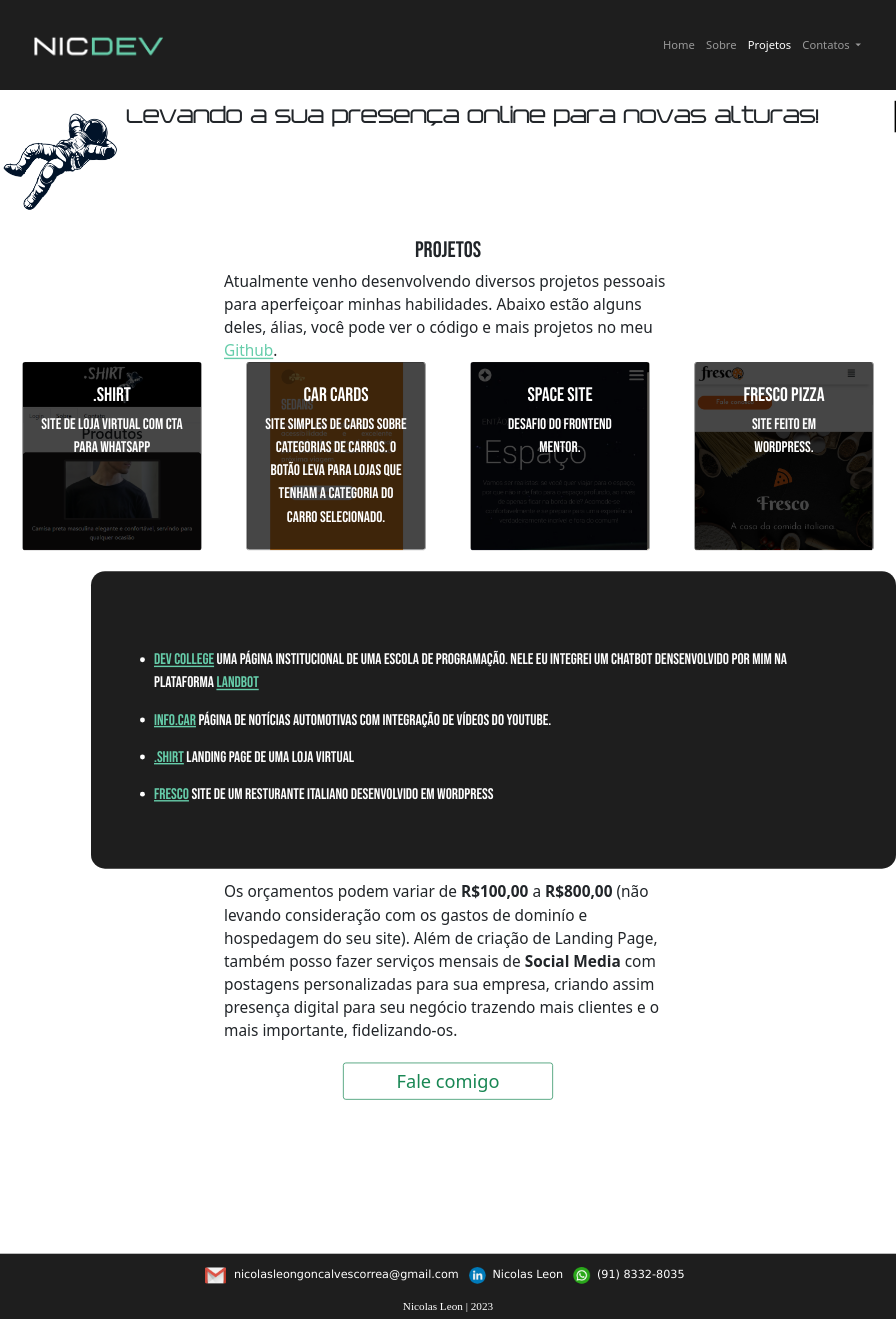
Repository: Leonngc/nicdev
Page: projects.html
These files come from the project's save history. The page is drawn as it stood at one moment and after a run of saves; the edit follows.
The browser window is 1280 px wide. The pictures show the whole page, at 70% of full size.

Above is the page before, as saved 2023-06-04 23:12:25.

### projects.html
<!DOCTYPE html>
<html lang="pt-br">
  <head>
    <meta charset="UTF-8" />
    <meta http-equiv="X-UA-Compatible" content="IE=edge" />
    <meta name="viewport" content="width=device-width, initial-scale=1.0" />
    <title>nicdev - Projetos</title>
    <!-- Google tag (gtag.js) -->
<script async src="https://www.googletagmanager.com/gtag/js?id=G-E2XWESC90Y"></script>
<script>
  window.dataLayer = window.dataLayer || [];
  function gtag(){dataLayer.push(arguments);}
  gtag('js', new Date());

  gtag('config', 'G-E2XWESC90Y');
</script>
    <link
      href="https://cdn.jsdelivr.net/npm/bootstrap@5.0.2/dist/css/bootstrap.min.css"
      rel="stylesheet"
      integrity="sha384-EVSTQN3/azprG1Anm3QDgpJLIm9Nao0Yz1ztcQTwFspd3yD65VohhpuuCOmLASjC"
      crossorigin="anonymous"
    />

    <link rel="stylesheet" href="styles/scrollbar.css" />
    <link rel="stylesheet" href="styles/footer.css" />
    <link rel="stylesheet" href="styles/projects.css"/>
    ">
  </head>
  <body>
    <header style="background-color: #1e1e1e; padding: 30px" class="fixed-top">
      <nav class="navbar navbar-expand-lg navbar-dark">
        <div class="container-fluid">
          <a class="navbar-brand" href="index.html"
            ><img
              src="images/nicdev-logo.png"
              alt="logo da NicDev"
              style="width: 200px"
          /></a>
          <button
            class="navbar-toggler"
            type="button"
            data-bs-toggle="collapse"
            data-bs-target="#navbarNavDropdown"
            aria-controls="navbarNavDropdown"
            aria-expanded="false"
            aria-label="Toggle navigation"
          >
            <span class="navbar-toggler-icon"></span>
          </button>
          <div
            class="collapse navbar-collapse justify-content-end"
            id="navbarNavDropdown"
          >
            <ul class="navbar-nav">
              <li class="nav-item">
                <a class="nav-link" href="index.html" target="_parent">Home</a>
              </li>
              <li class="nav-item">
                <a class="nav-link" href="about.html" target="_parent">Sobre</a>
              </li>
              <li class="nav-item">
                <a class="nav-link active disabled" href="#">Projetos</a>
              </li>
              <li class="nav-item dropdown">
                <a
                  class="nav-link dropdown-toggle"
                  href="#"
                  id="navbarDropdownMenuLink"
                  role="button"
                  data-bs-toggle="dropdown"
                  aria-expanded="false"
                >
                  Contatos
                </a>
                <ul
                  class="dropdown-menu"
                  aria-labelledby="navbarDropdownMenuLink"
                >
                  <li>
                    <a class="dropdown-item" href="https://wa.me/91983328035"
                      >WhatsApp
                      <img src="images/whatsapp.png" alt="" class="redes-logo"
                    /></a>
                  </li>
                  <li>
                    <a class="dropdown-item" href="mailto:nicolasleongoncalvescorre@gmail.com?Subject=Interesse%20em%20um%20website&Body=Ola%2C%20vi%20seu%20site%20de%20portfolio%20e%20fiquei%20interessado%20em%20fazer%20um%20or%E7amento.%0A%0A---obs%28Retornarei%20seu%20email%20em%20ate%2030%20minutos%29"
                      >Email
                      <img src="images/gmail (1).png" alt="" class="redes-logo"
                    /></a>
                  </li>
                  <li>
                    <a class="dropdown-item" href="https://www.linkedin.com/in/nicolas-leon-70038921b/"
                      >Linkedin
                      <img src="images/linkedin.png" alt="" class="redes-logo"
                    /></a>
                  </li>
                </ul>
              </li>
            </ul>
          </div>
        </div>
      </nav>
    </header>

  <div class="slogan-container">
    <img src="images/astronauta.png" alt="" class="astronauta"> <p class="slogan">Levando a sua presença online para novas alturas!</p>
  </div>
    <main>
      <h2>Projetos</h2>

      <p>Atualmente venho desenvolvendo diversos projetos pessoais para aperfeiçoar minhas habilidades. Abaixo estão alguns deles, álias, você pode ver o código  e mais projetos no meu <a href="https://github.com/Leonngc" target="_blank">Github</a>.</p>


      <section class="cards-container">
        <div class="card" id="card-0">
          <div class="info-card">
            <h3>.Shirt</h3>
            <p>Site de loja virtual com CTA para WhatsApp</p>
          </div>
        </div>
        <div class="card" id="card-1">
          <div class="info-card">
            <h3>
              Car Cards
            </h3>
            <p>Site simples de cards sobre categorias de carros. O botão leva para lojas que tenham a categoria do carro selecionado.</p>
          </div>
        </div>
        <div class="card" id="card-2">
          <div class="info-card">
            <h3>
              Space Site
            </h3>
            <p>Desafio do Frontend Mentor.</p>
          </div>
        </div>
        <div class="card" id="card-3">
          <div class="info-card">
            <h3>
              Fresco Pizza
            </h3>
            <p>Site feito em Wordpress.</p>
          </div>
        </div>
      </section>




      <ul>
        <li><a href="https://leonngc.github.io/dev-college/" target="_blank">Dev College</a> Uma página institucional de uma escola de programação. Nele eu integrei um chatbot  densenvolvido por mim na plataforma <a href="https://landbot.io/" target="_blank">Landbot</a>
        </li>
        <li>
          <a href="https://leonngc.github.io/projeto-info.car/" target="_blank">Info.Car</a> página de notícias automotivas com integração de vídeos do Youtube.
        </li>

        <li>
          <a href="https://leonngc.github.io/projeto-shirt/" target="_blank">.Shirt</a> Landing Page de uma loja virtual
        </li>

        <li>
          <a href="https://pizzasitewp.netlify.app/" target="_blank">Fresco</a> Site de um resturante italiano desenvolvido em Wordpress
        </li>

      </ul>

      <p>Os orçamentos podem variar de <strong>R$100,00</strong> a <strong>R$800,00</strong> (não levando consideração com os gastos de dominío e hospedagem do seu site). Além de criação de Landing Page, também posso fazer serviços mensais de <strong>Social Media</strong> com postagens personalizadas para sua empresa, criando assim presença digital para seu negócio trazendo mais clientes e o mais importante, fidelizando-os.</p>
      <a href="https://wa.me/91983328035" target="_blank"><button type="button" class="btn btn-outline-success" style="width: 300px; font-size: 26px; margin-bottom: 20px; margin-top: 30px;">Fale comigo</button></a>
    </main>

    <footer>
      <p><img src="images/gmail.png" alt=""><a href="mailto:nicolasleongoncalvescorre@gmail.com?Subject=Interesse%20em%20um%20website&Body=Ola%2C%20vi%20seu%20site%20de%20portfolio%20e%20fiquei%20interessado%20em%20fazer%20um%20or%E7amento.%0A%0A---obs%28Retornarei%20seu%20email%20em%20ate%2030%20minutos%29">nicolasleongoncalvescorrea@gmail.com</a> <img src="images/linkedin.png" alt=""><a href="https://www.linkedin.com/in/nicolas-leon-70038921b/">Nicolas Leon</a> <img src="images/whatsapp.png" alt=""><a href="https://wa.me/91983328035" target="_blank">(91) 8332-8035</a></p>
      <p class="rights">Nicolas Leon | 2023</p>
    </footer>
    <script
      src="https://cdn.jsdelivr.net/npm/bootstrap@5.0.2/dist/js/bootstrap.bundle.min.js"
      integrity="sha384-MrcW6ZMFYlzcLA8Nl+NtUVF0sA7MsXsP1UyJoMp4YLEuNSfAP+JcXn/tWtIaxVXM"
      crossorigin="anonymous"
    ></script>
  </body>
</html>

### styles/scrollbar.css
body{
    overflow-x: hidden;
}
body::-webkit-scrollbar {
    width: 6px;               /* width of the entire scrollbar */
  }

  body::-webkit-scrollbar-track {
    background: rgb(5, 5, 5);        /* color of the tracking area */
  }

  body::-webkit-scrollbar-thumb {
    background-color: #4BC6B9;    /* color of the scroll thumb */
    border-radius: 20px;       /* roundness of the scroll thumb */
  }

  .redes-logo{
    width: 30px;
    padding: 6px;
  }

### styles/footer.css
footer{
    background-color: #1e1e1e;;
    text-align: center;
    margin-top: 200px;
    padding: 15px;
    height: 13vh;
}

footer > p  a{
    padding: 10px;
    text-decoration: none;
    color: white;
    font-family: 'Lucida Sans', 'Lucida Sans Regular', 'Lucida Grande', 'Lucida Sans Unicode', Geneva, Verdana, sans-serif;
}

footer > p > a:hover{
    color: #66CDAA;
    transition: 1s;
}

.rights{
    color: white;
    font-family: 'Times New Roman', Times, serif;
}
 @media screen and (max-width:900px) {
    footer{
        margin-top: 100px;
        height: 16vh;
        word-wrap: break-word;
    }
    footer > p > a{
        color: #d1d5d4;
    }
 }

### styles/projects.css
@import url('https://fonts.googleapis.com/css2?family=Bebas+Neue&display=swap'); /* CDN GOOGLE  FONT */
@import url('https://cdn-uicons.flaticon.com/uicons-solid-straight/css/uicons-solid-straight.css'); /* CDN ICON*/
@font-face {
    font-family: Lastica;
    src: url(../fonts/instrg.ttf);
}

@keyframes typewriter {
    from {
      width: 0%;
    }
    to {
      width: 50%;
    }
  }
  @keyframes blink {
    from {
      border-color: black;
    }
    to {
      border-color: transparent;
    }
  }

*{
    max-width: 100vw;
}

:root{
 --bebas-neue : 'Bebas Neue', cursive;
}

body{
    max-width: 100vw;
    overflow-x: hidden;
}

main{
    margin-top: 150px;
    text-align: center;
}

.slogan-container{
  margin-top: 120px;
}


.slogan{
    font-family: Lastica, sans-serif;
    font-weight: bold;
    font-size: 30px;
    overflow: hidden;
    animation: typewriter 2s steps(15) alternate,
      blink 800ms steps(15)  normal;
    border-right: 2px solid black;
}

.astronauta{
    width: 180px;
    float: left;
}

h2{
    font-family: var(--bebas-neue);
    text-align: center
}

main > p{
    text-align: start;
    margin: auto;
    width: 50vw;
    font-size: 22px;
}

main > ul{
    font-family: var(--bebas-neue);
    font-size: 22px;
    margin-left: 130px;
    margin-top: 30px;
    background-color: #1e1e1e;
    color: white;
    padding: 90px;
    border-radius: 20px;
    text-align: left;
}

main a{
    color: #66CDAA;
}

main > ul > li{
  margin-top: 20px;
}

li > img{
    width: 600px;
    padding: 50px;
}

.cards-container{
  display: flex;
  flex-wrap: wrap;
  justify-content: space-around;
}

.card{
  background-color: #1e1e1e;
  align-items: center;
  width: 20%;
}

#card-0{
  background-image: url(../images/2023-06-04\ \(1\).png);
  background-repeat: no-repeat;
  background-size: cover;
  box-shadow: inset 0 0 0 50vw rgba(0, 0, 0, 0.727);
}
#card-1{
  background-image: url(../images/carcards.png);
  background-repeat: no-repeat;
  background-size: cover;
  box-shadow: inset 0 0 0 50vw rgba(0, 0, 0, 0.727);
}
#card-2{
  background-image: url(../images/spacesite.png);
  background-repeat: no-repeat;
  background-size: cover;
  box-shadow: inset 0 0 0 50vw rgba(0, 0, 0, 0.727);
}

#card-3{
  background-image: url(../images/frescosite.png);
  background-repeat: no-repeat;
  background-size: cover;
  box-shadow: inset 0 0 0 50vw rgba(0, 0, 0, 0.727);
}

.info-card{
  color: white;
  font-family: var(--bebas-neue);
  text-align: center;
  padding: 30px 0 30px;
}

.info-card > p{
  width: 80%;
  margin: auto;
  font-size: 22px;
}

@media screen and (max-width:900px){
    .astronauta{
        width: 100px;
    }
    .slogan{
        font-size: 12px;
        padding: 20px;
    }
    h2{
    margin: auto;
    }
    main{
      margin-top: 100px;
    }
   main > p{
    width: 90vw;
   }

   main > ul{
    margin: auto;
    margin-top: 30px;
    margin-bottom: 30px;
    font-size: 18px;
    padding: 30px;
   }

   main > ul > li{
    padding: 16px;
   }
}

After the next 2 saves:
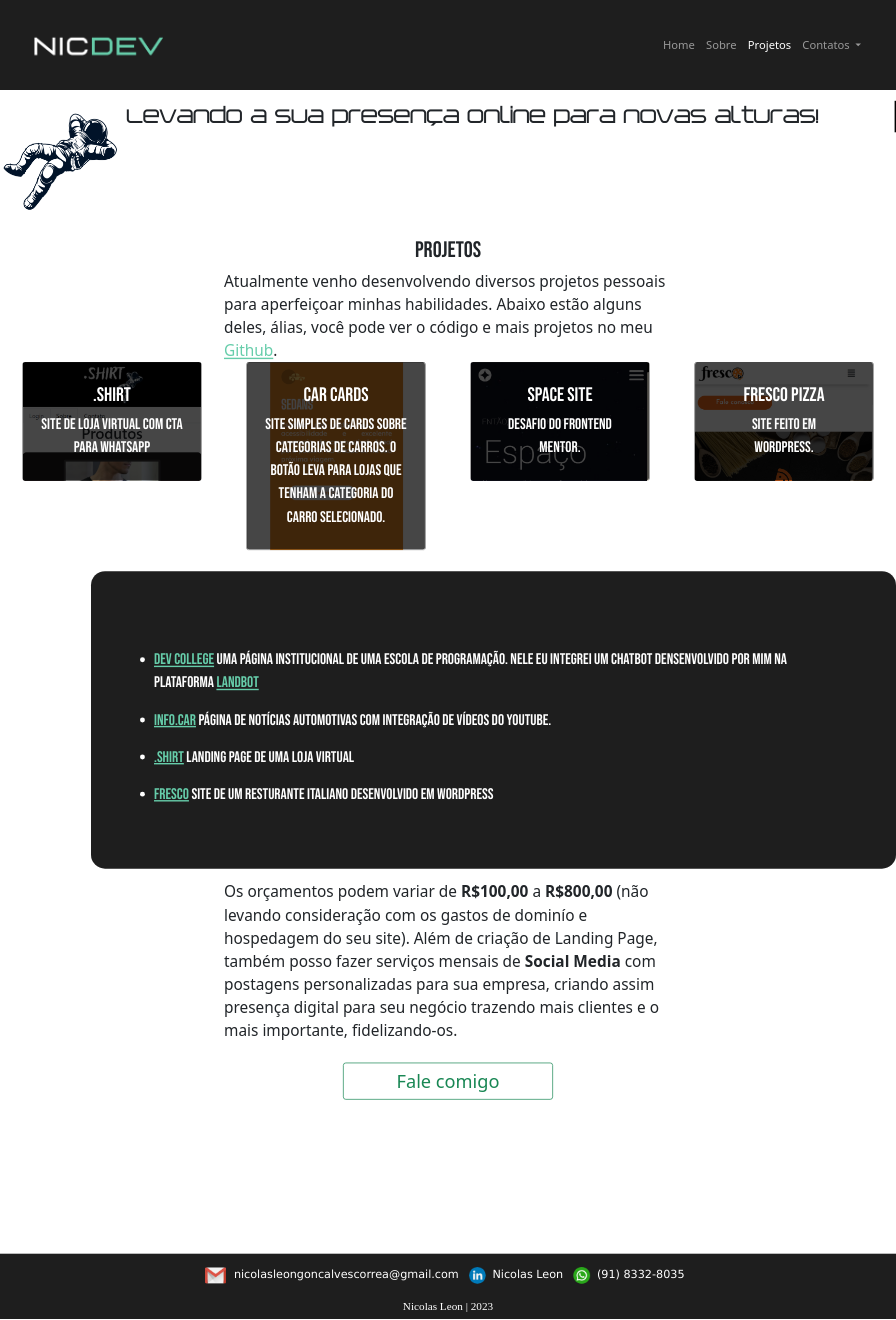
The 2 saves are shown as one change because they came seconds apart.
The last was saved 8 s later.
--- a/styles/projects.css
+++ b/styles/projects.css
@@ -107,6 +107,7 @@ li > img{
   background-color: #1e1e1e;
   align-items: center;
   width: 20%;
+  height: 40%;
 }
 
 #card-0{
